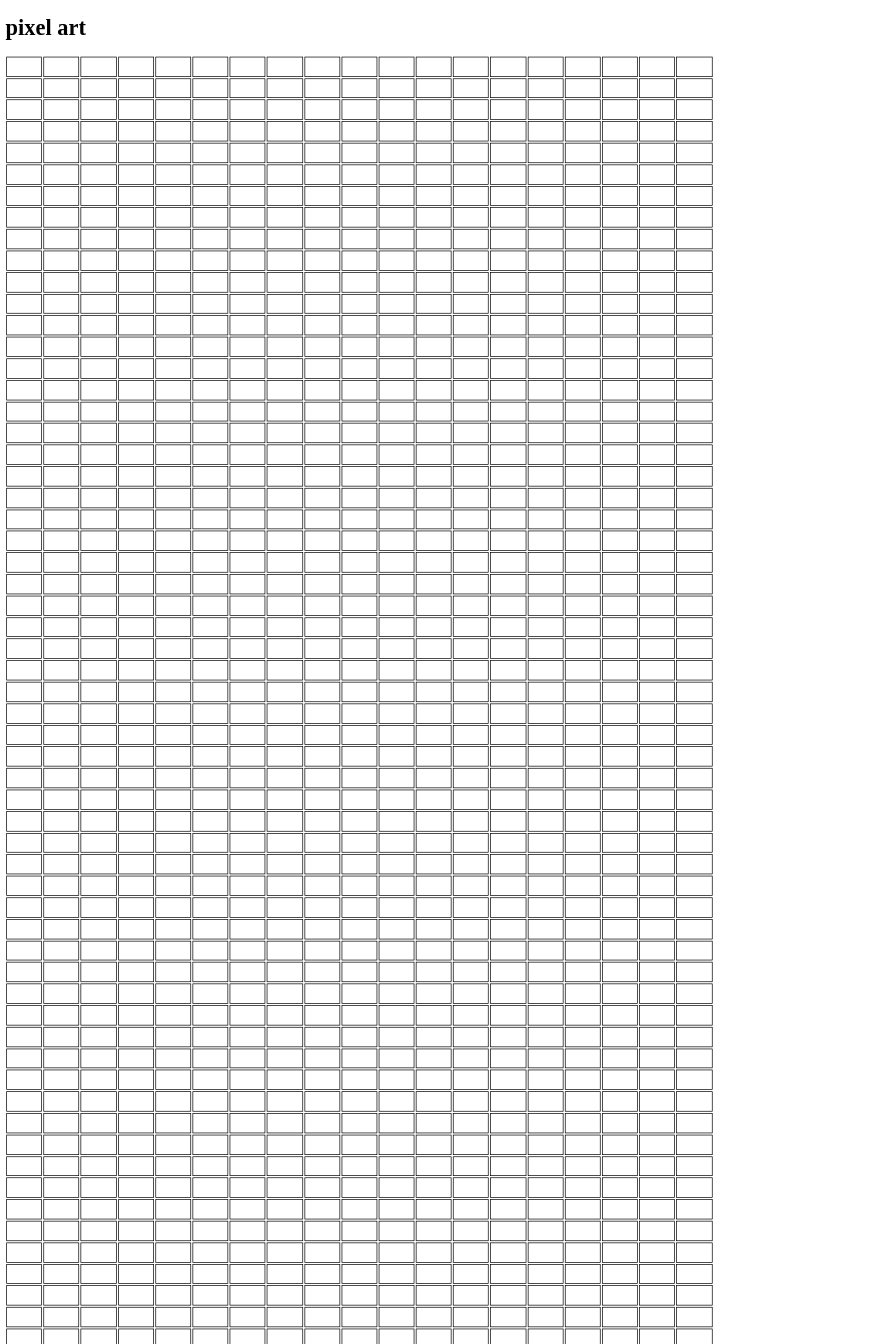
Repository: bechara611/pixelartdb
Page: /
The author's editor kept a copy of each file at every save. The page is drawn from the files as they stood at one save, then again after the next save.
The browser window is 1280 px wide. The pictures show the part of the page from y = 0 to 1920 px (the page is 9780 px tall before and 2037 px after), at 70% of full size.
The project was rebuilt for these pictures with package versions that can differ from the ones it lists, and the page was loaded fresh each time. Also part of the build but not shown: vite.config.js.

Above is the page before, as saved 2023-03-05 20:27:52.

After the next save:
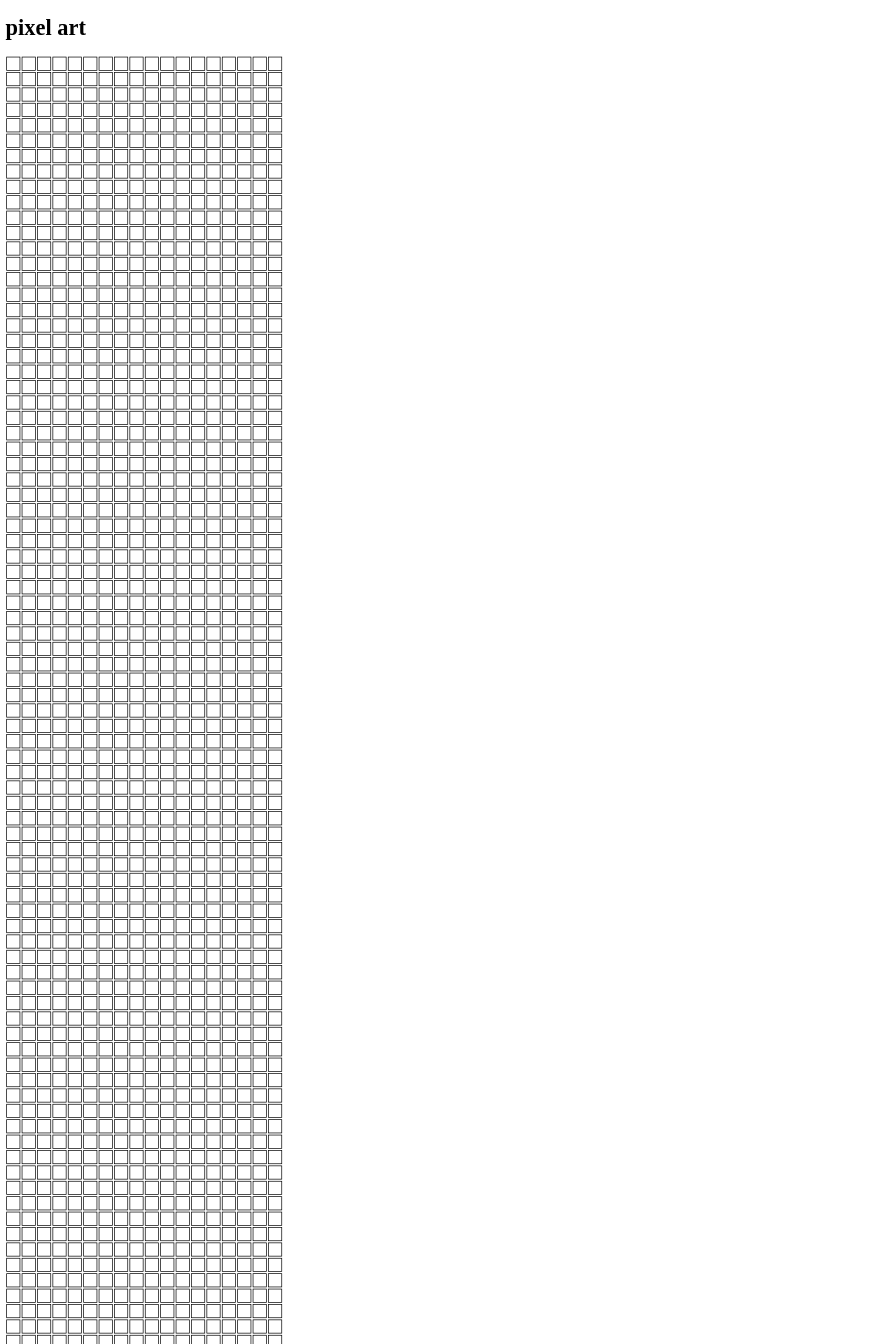
Saved 7 s later.
--- a/src/App.css
+++ b/src/App.css
@@ -18,7 +18,7 @@
   flex-wrap: wrap;
 
 
-  width: 80vw;
-  height: 80vh;
+  width: 400px;
+  height: 400px;
 
 }
